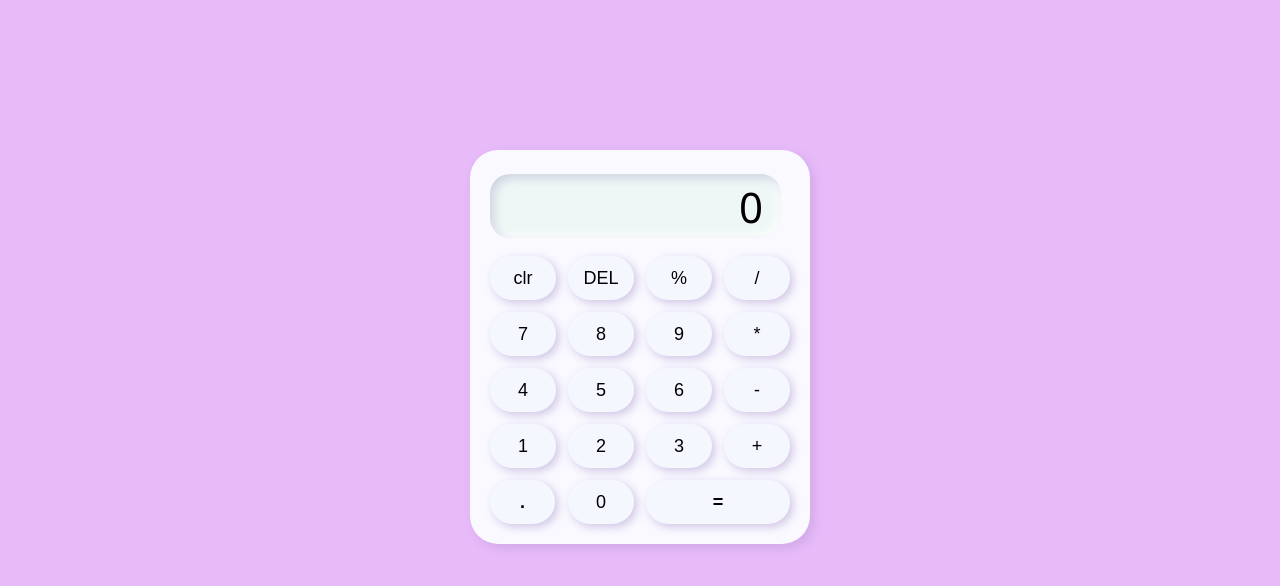
Repository: meti-guda/simple-calculator
Page: index.html
These files come from the project's save history. The page is drawn as it stood at one moment and after the next save; the edit follows.
The browser window is 1280 px wide. The pictures show the whole page.

Above is the page before, as saved 2025-12-11 13:01:08.

After the next save:
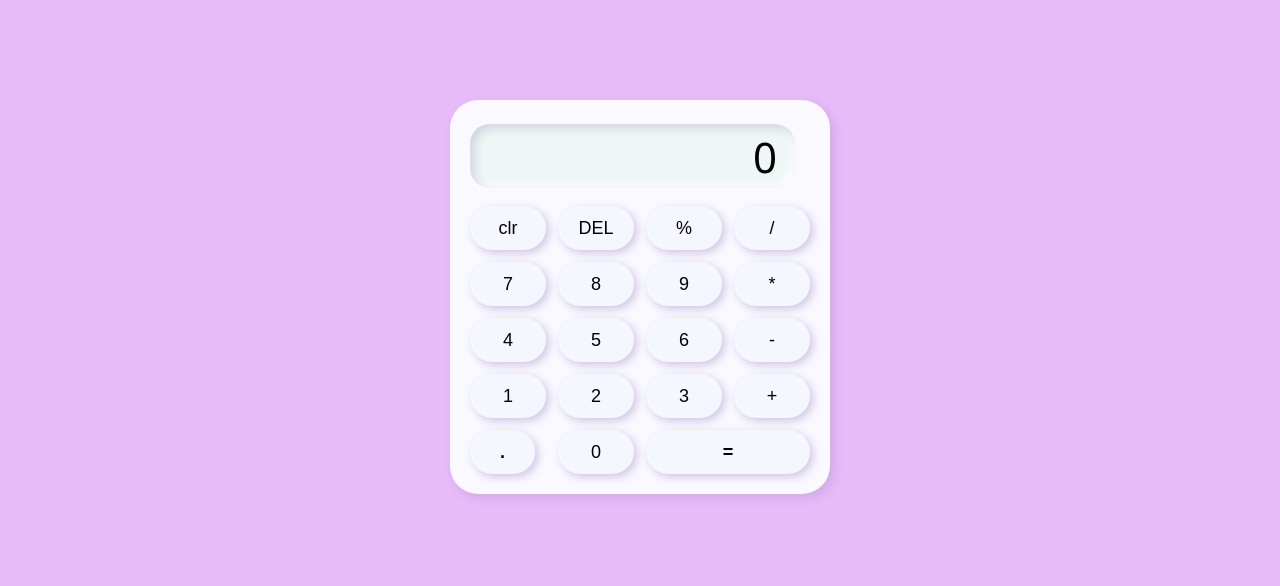
Saved 2 min 5 s later.
--- a/style.css
+++ b/style.css
@@ -5,7 +5,7 @@ body {
   background-color: #e7baf8;
   font-family: "Segoe UI", system-ui, sans-serif;
   box-sizing: border-box;
-  margin-top: 150px;
+  margin-top: 100px;
   padding: 0;
 }
 
@@ -14,7 +14,7 @@ body {
 }
 
 .calculator {
-  width: 300px;
+  width: 340px;
   padding: 24px 20px 20px;
   border-radius: 28px;
   background-color: #f9f9ff;
